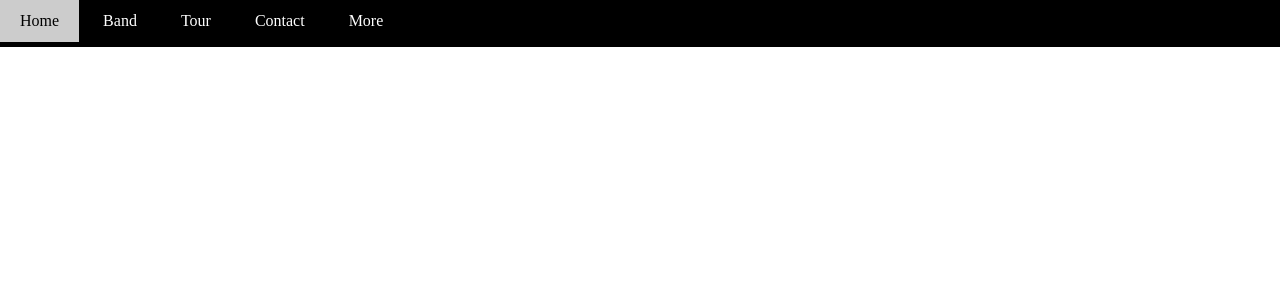
Repository: Dino0411/Dino0411.github.io
Page: index.html
The author's editor kept a copy of each file at every save. The page is drawn from the files as they stood at one save, then again after the next save.
The browser window is 1280 px wide. The pictures show the whole page.

Above is the page before, as saved 2021-10-03 21:49:59.

### index.html
<!DOCTYPE html>
<html lang="en">
<head>
    <meta charset="UTF-8">
    <meta http-equiv="X-UA-Compatible" content="IE=edge">
    <meta name="viewport" content="width=device-width, initial-scale=1.0">
    <link rel="stylesheet" href="./assets/css/style.css">
    <title>Document</title>
</head>
<body>
    <div id="main">
        <!-- TODO:header -->
        <div id="header">
            <ul id="nav">
                <li><a href="">Home</a></li>
                <li><a href="">Band</a></li>
                <li><a href="">Tour</a></li>
                <li><a href="">Contact</a></li>
                <li>
                    <a href="">More</a>
                    <ul class="subnav">
                        <li><a href="">Merchandise</a></li>
                        <li><a href="">Extras</a></li>
                        <li><a href="">Media</a></li>
                    </ul>
                </li>
            </ul>
        </div>
        <!-- TODO:slider -->
        <div id="slider">

        </div>
        <!-- TODO:content -->
        <div id="content">

        </div>
        <!-- TODO:footer -->
        <div id="footer">

        </div>
    </div>
</body>
</html>

### assets/css/style.css
/* ! reser css
    ! Emmet(p0;m0)
*/
* {
  margin: 0;
  padding: 0;
  box-sizing: border-box;
}

html {
  font-family: cursive;
}
/* TODO:start
TODO: từ ngoài vào trong
TODO: từ trên xuống dưới
TODO:tổng quan đến chi tiết
*/

/*
? vị trí
? kích thước(width,height)
? màu sắc
? kiểu dáng(kiểu chữ,...)
*/
#main {
}
#header {
  height: 47px;
  background-color: #000;
}
#nav {
}
#nav li {
  display: inline-block;
}
#nav li a {
  text-decoration: none;
  padding: 12px 20px;
  color: #fff;
}
#nav li:hover a {
  color: #000;
  background-color: #ccc;
  display: block;
}
#nav .subnav {
  display: none;
}
#slider {
}
#content {
}
#footer {
}

After the next save:
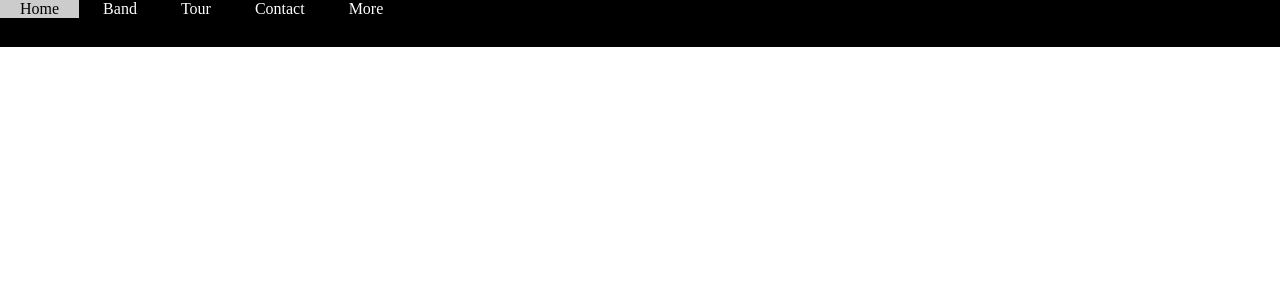
Saved 14 s later.
--- a/assets/css/style.css
+++ b/assets/css/style.css
@@ -35,7 +35,7 @@
 }
 #nav li a {
   text-decoration: none;
-  padding: 12px 20px;
+  padding: 0px 20px;
   color: #fff;
 }
 #nav li:hover a {
